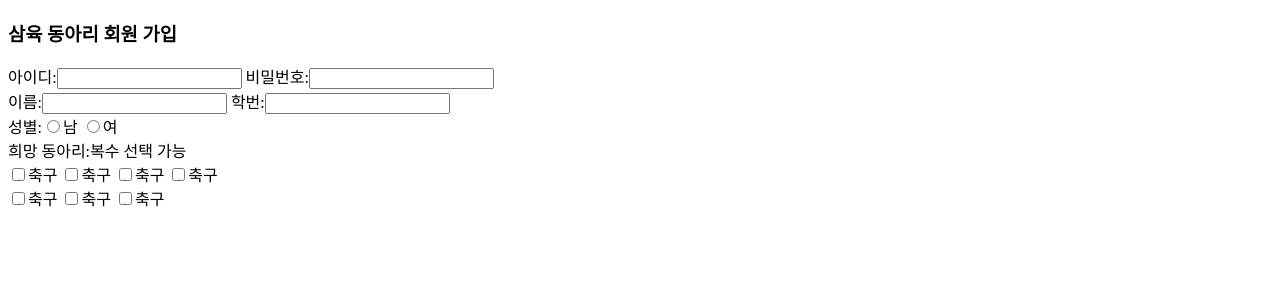
Repository: 2er0127/oracleSQL
Page: http://localhost/jsp/JSPFormTest01.jsp
The author's editor kept a copy of each file at every save. The page is drawn from the files as they stood at one save, then again after the next save.
The browser window is 1280 px wide. The pictures show the whole page.
The page is served by Tomcat 9.

Above is the page before, as saved 2020-11-30 14:01:09.

After the next save:
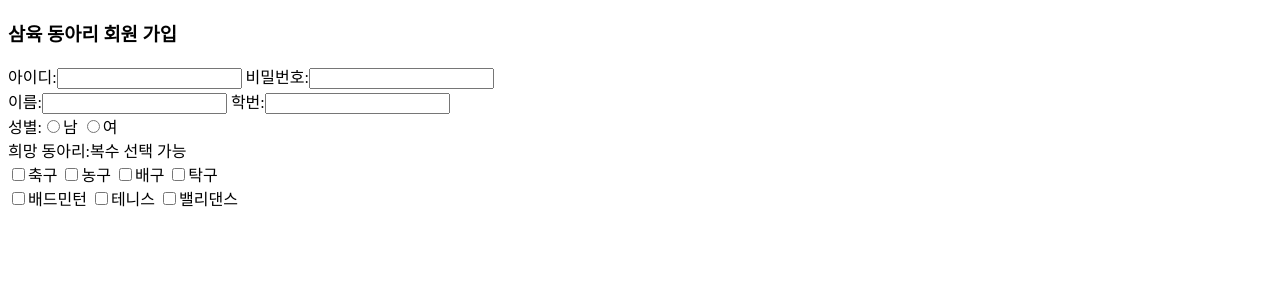
Saved 72 s later.
--- a/jsp/Webapp/JSPFormTest01.jsp
+++ b/jsp/Webapp/JSPFormTest01.jsp
@@ -20,13 +20,13 @@
 희망 동아리:복수 선택 가능
 <br>
 <input type="checkbox" name="dongahri" value="축구">축구
-<input type="checkbox" name="dongahri" value="축구">축구
-<input type="checkbox" name="dongahri" value="축구">축구
-<input type="checkbox" name="dongahri" value="축구">축구
+<input type="checkbox" name="dongahri" value="농구">농구
+<input type="checkbox" name="dongahri" value="배구">배구
+<input type="checkbox" name="dongahri" value="탁구">탁구
 <br>
-<input type="checkbox" name="dongahri" value="축구">축구
-<input type="checkbox" name="dongahri" value="축구">축구
-<input type="checkbox" name="dongahri" value="축구">축구
+<input type="checkbox" name="dongahri" value="배드민턴">배드민턴
+<input type="checkbox" name="dongahri" value="테니스">테니스
+<input type="checkbox" name="dongahri" value="밸리댄스">밸리댄스
 
 
 </form>
